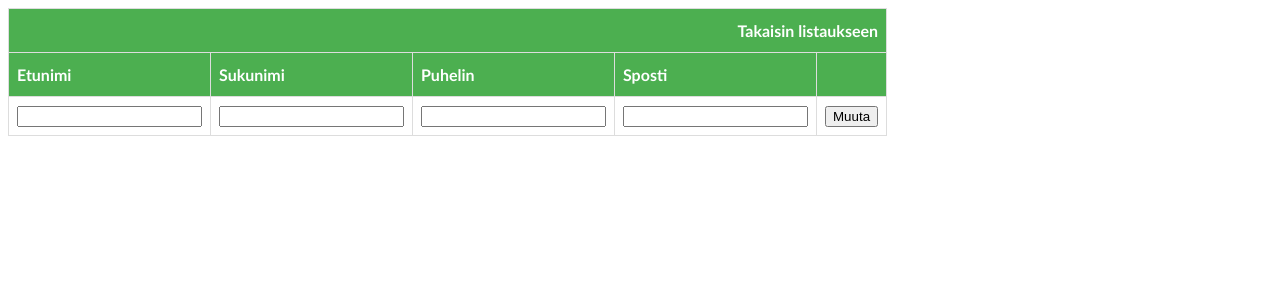
Repository: NicklasHH/Etatehtava_6
Page: http://localhost/Asiakkaat/muutaasiakas.jsp
These files come from the project's save history. The page is drawn as it stood at one moment and after the next save; the edit follows.
The browser window is 1280 px wide. The pictures show the whole page.
The page is served by Tomcat 9.

Above is the page before, as saved 2022-11-08 10:45:12.

After the next save:
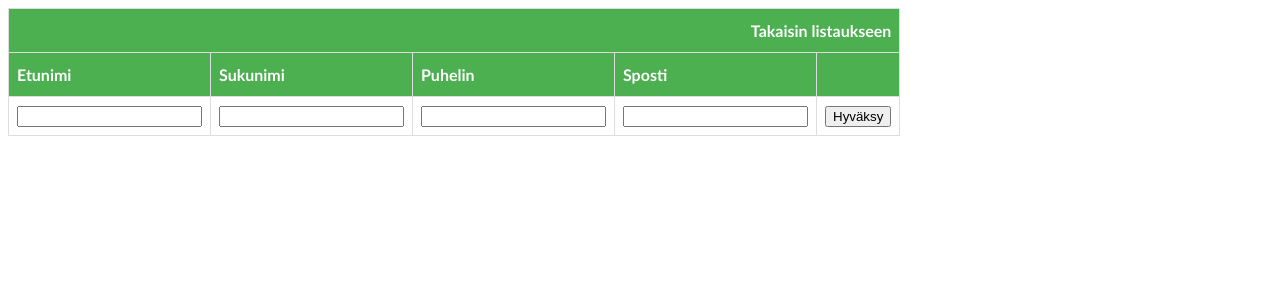
Saved 12 s later.
--- a/Asiakkaat/src/main/webapp/muutaasiakas.jsp
+++ b/Asiakkaat/src/main/webapp/muutaasiakas.jsp
@@ -29,7 +29,7 @@
 				<td><input type="text" name="sukunimi" id="sukunimi" /></td>
 				<td><input type="text" name="puhelin" id="puhelin" /></td>
 				<td><input type="text" name="sposti" id="sposti" /></td>
-				<td><input type="button" value="Muuta" onclick="tutkiJaLisaa()" /></td>
+				<td><input type="button" value=Hyväksy onclick="tutkiJaLisaa()" /></td>
 			</tr>
 		</tbody>
 	</table>
